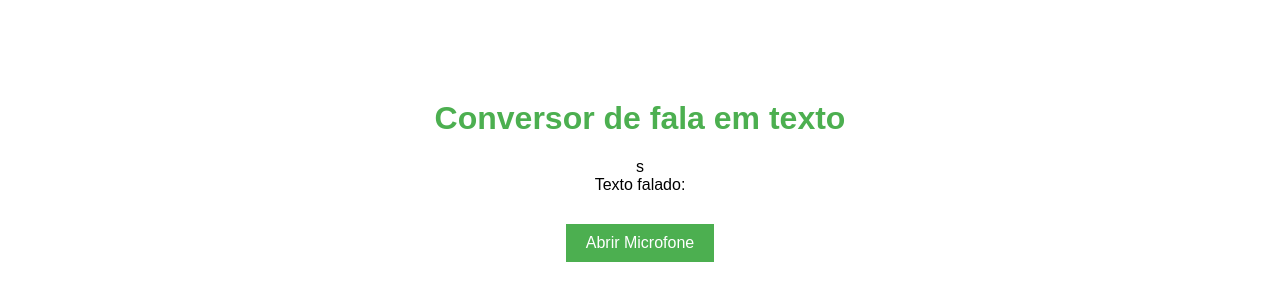
Repository: MariaGabrielaAlvesZuppardo/SpeechRecognitionPython
Page: http://localhost/
An editor plug-in stored every save of this project. The page is shown before and after the next save, followed by the edit.
The browser window is 1280 px wide. The pictures show the whole page.
The page is served by the project's application, run on Flask 3 (app.py).

Above is the page before, as saved 2023-07-22 23:18:35.

### templates/index.html
<!DOCTYPE html>
<html>
<head>
    <title>Conversor de fala em texto</title>
    <link rel="stylesheet" type="text/css" href="static\styles.css">
</head>
<body>
    <div>
        <h1>Conversor de fala em texto</h1>s
        <div>
            <label>Texto falado:</label>
            <p id="texto_falado"></p>
        </div>
        <div>
            <button id="abrir_microfone_button" onclick="toggleMicrofone()">Abrir Microfone</button>
        </div>
    </div>
    <script src="static\script.js"></script>
</body>
</html>

### app.py
from flask import Flask, render_template
import speech_recognition as sr

app = Flask(__name__)

@app.route('/')
def index():
    return render_template('index.html')

def abrir_microfone():
    recognizer = sr.Recognizer()

    with sr.Microphone() as source:
        print("Por favor, fale alguma coisa!!")
        recognizer.adjust_for_ambient_noise(source)
        audio = recognizer.listen(source)
    try:
        texto = recognizer.recognize_google(audio, language="pt-BR")
        print("Você disse: " + texto)
        return texto
    except sr.UnknownValueError:
        print("Não foi possível reconhecer a fala.")
    except sr.RequestError as e:
        print("Erro ao conectar-se ao serviço de reconhecimento de fala: {0}".format(e))

    return None

@app.route('/abrir_microfone_callback', methods=['POST'])
def abrir_microfone_callback():
    texto_falado = abrir_microfone()
    if texto_falado:
        return texto_falado
    else:
        return "Não foi possível reconhecer a fala."

@app.route('/minimizar_janela', methods=['POST'])
def minimizar_janela():
    # Implemente aqui a lógica para minimizar a janela
    return "Minimizada"

@app.route('/fechar_janela', methods=['POST'])
def fechar_janela():
    # Implemente aqui a lógica para fechar a janela
    return "Fechada"

if __name__ == "__main__":
    app.run(debug=True)

### static/styles.css
/* styles.css */
body {
    font-family: Arial, sans-serif;
    text-align: center;
    margin-top: 100px;
}

h1 {
    color: #4caf50;
}

button {
    padding: 10px 20px;
    font-size: 16px;
    background-color: #4caf50;
    color: white;
    border: none;
    cursor: pointer;
}

#texto_falado {
    font-size: 24px;
    margin-top: 30px;
}

### static/script.js
/* script.js */
let micAberto = false;
let timeoutId;

function toggleMicrofone() {
    if (micAberto) {
        fecharMicrofone();
    } else {
        abrirMicrofone();
    }
}

function abrirMicrofone() {
    micAberto = true;
    document.getElementById('abrir_microfone_button').innerText = 'Fechar Microfone';

    fetch('/abrir_microfone_callback', { method: 'POST' })
    .then(response => response.text())
    .then(data => {
        document.getElementById("texto_falado").innerText = "Texto falado: " + data;
        clearTimeout(timeoutId); // Reseta o temporizador se uma resposta válida for recebida.
        timeoutId = setTimeout(fecharMicrofone, 120000); // 120000 ms = 2 minutos.
    })
    .catch(error => {
        console.log(error);
        clearTimeout(timeoutId); // Reseta o temporizador em caso de erro.
        timeoutId = setTimeout(fecharMicrofone, 120000); // 120000 ms = 2 minutos.
    });
}

function fecharMicrofone() {
    micAberto = false;
    document.getElementById('abrir_microfone_button').innerText = 'Abrir Microfone';

    // Adicione aqui a lógica para parar o reconhecimento de fala (se necessário).
}

After the next save:
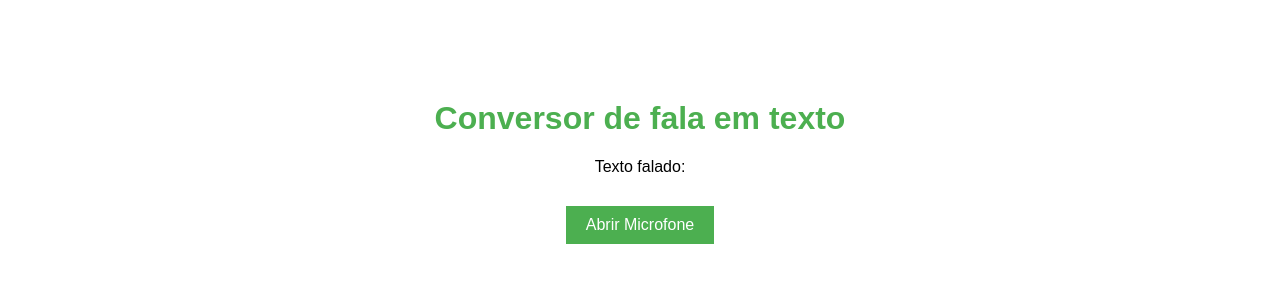
Saved 10 min 33 s later.
--- a/templates/index.html
+++ b/templates/index.html
@@ -2,11 +2,11 @@
 <html>
 <head>
     <title>Conversor de fala em texto</title>
-    <link rel="stylesheet" type="text/css" href="static\styles.css">
+    <link rel="stylesheet" type="text/css" href="static/styles.css">
 </head>
 <body>
     <div>
-        <h1>Conversor de fala em texto</h1>s
+        <h1>Conversor de fala em texto</h1>
         <div>
             <label>Texto falado:</label>
             <p id="texto_falado"></p>
@@ -15,6 +15,6 @@
             <button id="abrir_microfone_button" onclick="toggleMicrofone()">Abrir Microfone</button>
         </div>
     </div>
-    <script src="static\script.js"></script>
+    <script src="static/script.js"></script>
 </body>
 </html>
